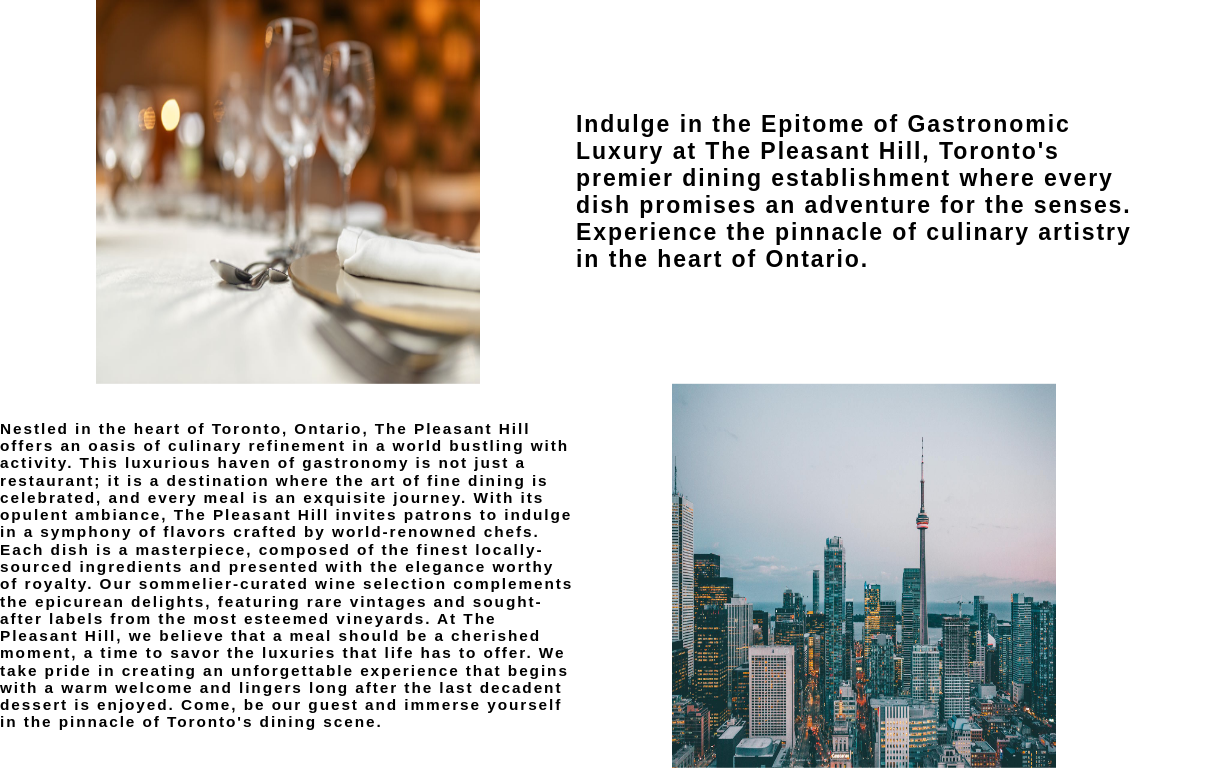
Repository: shayanabedi98/pleasant-hill-restaurant
Page: /
The author's editor kept a copy of each file at every save. The page is drawn from the files as they stood at one save, then again after the next save.
The browser window is 1280 px wide. The pictures show the part of the page from y = 980 to 1990 px (the page is 1780 px tall before and 1990 px after), at 96% of full size.
Backgrounds fixed to the window are drawn as part of the page. Some web fonts or font styles are not loaded; a fallback is used. The project was rebuilt for these pictures with package versions that can differ from the ones it lists, and the page was loaded fresh each time. Also part of the build but not shown: vite.config.js, src/components/Contact.jsx, src/components/MenuList.jsx, src/components/Appetizers.jsx, src/components/Entrees.jsx, src/components/Desserts.jsx, src/components/Drinks.jsx, src/components/Menu.jsx and 1 more.

Above is the page before, as saved 2023-12-27 18:58:46.

### index.html
<!doctype html>
<html lang="en">
  <head>
    <meta charset="UTF-8" />
    <link rel="icon" type="image/svg+xml" href="/vite.svg" />
    <meta name="viewport" content="width=device-width, initial-scale=1.0" />
    <link rel="preconnect" href="https://fonts.googleapis.com">
    <link rel="preconnect" href="https://fonts.gstatic.com" crossorigin>
    <link href="https://fonts.googleapis.com/css2?family=Italiana&display=swap" rel="stylesheet">
    <title></title>
  </head>
  <body>
    <div id="root"></div>
    <script type="module" src="/src/main.jsx"></script>
  </body>
</html>

### src/App.jsx
import { useState } from "react";
import Contact from "./components/Contact";
import Home from "./components/Home";
import Menu from "./components/Menu";
import Navbar from "./components/Navbar";
import "./App.css";

function App() {
  const [activeDiv, setActiveDiv] = useState({
    home: true,
    menu: false,
    contact: false,
  });

  const renderDiv = (clickedItem) => {
    setActiveDiv({
      home: clickedItem === 'home',
      menu: clickedItem === 'menu',
      contact: clickedItem === 'contact'
    })
  }

  return (
    <>
      <Navbar onClick={renderDiv} />
      {activeDiv.home && <Home />}
      {activeDiv.menu && <Menu />}
      {activeDiv.contact && <Contact />}
    </>
  );
}

export default App;

### src/components/Home.jsx
import React from 'react'
import aboutImg from '../assets/about.jpg'
import toronto from '../assets/toronto.jpg'
import '../assets/banner.jpg'

const Home = () => {
  return (
    <div className='home'>
      <div className='banner-content'>
        <h1>Dine in luxury at The Pleasant Hill</h1>
        <div className='banner-buttons'>
          <button>View Menu</button>
          <button>Book Reservation</button>
        </div>
      </div>
      <div className="about">
        <div className='about1'>
          <img src={aboutImg} alt="zoomed in picture of a dining table with utensils" />
          <h2>Indulge in the Epitome of Gastronomic Luxury at The Pleasant Hill, Toronto's premier dining establishment where every dish promises an adventure for the senses. Experience the pinnacle of culinary artistry in the heart of Ontario.</h2>
        </div>

        <div className="about2">
          <p>Nestled in the heart of Toronto, Ontario, The Pleasant Hill offers an oasis of culinary refinement in a world bustling with activity. This luxurious haven of gastronomy is not just a restaurant; it is a destination where the art of fine dining is celebrated, and every meal is an exquisite journey. With its opulent ambiance, The Pleasant Hill invites patrons to indulge in a symphony of flavors crafted by world-renowned chefs. Each dish is a masterpiece, composed of the finest locally-sourced ingredients and presented with the elegance worthy of royalty. Our sommelier-curated wine selection complements the epicurean delights, featuring rare vintages and sought-after labels from the most esteemed vineyards. At The Pleasant Hill, we believe that a meal should be a cherished moment, a time to savor the luxuries that life has to offer. We take pride in creating an unforgettable experience that begins with a warm welcome and lingers long after the last decadent dessert is enjoyed. Come, be our guest and immerse yourself in the pinnacle of Toronto's dining scene.</p>
          <img src={toronto} alt="Toronto skyline" />
        </div>
      </div>
    </div>
  )
}

export default Home

### src/components/Navbar.jsx
import React from "react";
import logo from "../assets/logo2.png";

const Navbar = ({ onClick }) => {
  return (
    <div className="navbar">
      <img src={logo} alt="" />
      <ul>
        <li onClick={() => onClick("home")}>Home</li>
        <li onClick={() => onClick("menu")}>Menu</li>
        <li onClick={() => onClick("contact")}>Contact</li>
      </ul>
    </div>
  );
};

export default Navbar;

### src/App.css


* {
  font-family: 'Italiana', sans-serif;
  font-weight: 600;
  letter-spacing: 2px;
}

body {
  padding: 0px;
  margin: 0px;
}

.contact, .menu {
  margin-top: 180px;
}

.navbar {
  background-color: black;
  display: grid;
  grid-template-columns: 1fr 1fr;
  place-items: center;
  align-content: center;
  height: 120px;
  box-shadow: rgba(0, 0, 0, 0.24) 0px 3px 8px;
  z-index: 2;
  position: fixed;
  width: 100%;
  top: 0;
}

.navbar ul li {
  list-style: none;
  font-size: 24px;
  text-align: center;
  color: rgb(245, 245, 232);
  background-color: black;
}

.navbar ul {
  display: grid;
  width: 70%;
  grid-template-columns: 1fr 1fr 1fr;
  padding: 0px;
  margin: 0px;

}

.navbar ul li:hover {
  cursor: pointer;
  background-color: #aa9c66;
}

.banner-content {
  background: url('./assets/banner.jpg');
  background-attachment: fixed;
  height: 980px;
  display: grid;
  place-items: center;
}

.banner-content h1 {
  position: relative;
  top: 200px;
  font-size: 70px;
  color: #ffffff;
}

.banner-buttons {
  position: relative;
  top: -150px;
  display: grid;
  grid-template-columns: 1fr 1fr;
  gap: 50px;
}

.banner-buttons button {
  width: 170px;
  height: 70px;
  font-size: 20px;
  border: none;
  background-color: #aa9c66;
  color: #ffffff;
  cursor: pointer;
  box-shadow: rgba(50, 50, 93, 0.25) 0px 13px 27px -5px, rgba(0, 0, 0, 0.3) 0px 8px 16px -8px;
}

.about1, .about2 {
  display: grid;
  grid-template-columns: 1fr 1fr;
  place-items: center;
  width: 1200px;
}

.about img {
  height: 400px;
  width: 400px;
}

.card-container {
  display: grid;
  gap: 20px;
  grid-template-columns: repeat(3, 1fr);
  place-items: center;
  color: #aa9c66;
  width: 1200px;
  margin: auto;
}

.menu-imgs {
  width: 300px;
  margin: 30px 30px 30px 30px;
  border-radius: 5%;
}

.menu-desc {
  text-align: center;
  font-weight: 600;
  padding-left: 20px;
  padding-right: 20px
}

.menu-names {
  font-size: 25px;
  text-decoration: underline;
  color: rgb(158, 152, 96);
}

.card {
  width: 370px;
  min-height: 400px;
  cursor: pointer;
  box-shadow: 0 13px 27px -5px hsla(240, 30.1%, 28%, 0.25), 0 8px 16px -8px hsla(0, 0%, 0%, 0.3), 0 -6px 16px -6px hsla(0, 0%, 0%, 0.03);
  transition: all ease 200ms;
  display: grid;
  place-items: center;
  grid-template-rows: 1fr 0.3fr 0.3fr;
  background-color: black;
  border-radius: 1rem;
  overflow: hidden;

}

.card:hover {
  cursor: pointer;
  transform: scale(1.03);
  box-shadow: 0 13px 40px -5px hsla(240, 30.1%, 28%, 0.12), 0 8px 32px -8px hsla(0, 0%, 0%, 0.14), 0 -6px 32px -6px hsla(0, 0%, 0%, 0.02);
}


.menu-desc, .menu-names {
  background-color: black;
}

.menu h2 {
  text-align: center;
  font-size: 35px;
  margin: 60px 0 60px 0;

}

.menu h1 {
  text-align: center;
  font-size: 40px;

}

.menu-top-p {
  text-align: center;
  font-size: 23px;
  width: 1200px;
  margin: 70px auto;
}


.contact h1 {
  text-align: center;
  width: 1200px;
  font-size: 45px;
  margin: 70px auto;
  text-decoration: underline;

}

.contact h2 {
  text-align: center;
  margin: 1px auto;
  width: 1200px;
}

.contact h3 {
  text-align: center;
  margin: 40px auto;
}

.iframe-div {
  margin: 50px auto;
  display: flex;
  justify-content: center;
  align-items: center;
}

Loaded but not shown: src/main.jsx (common file)

After the next save:
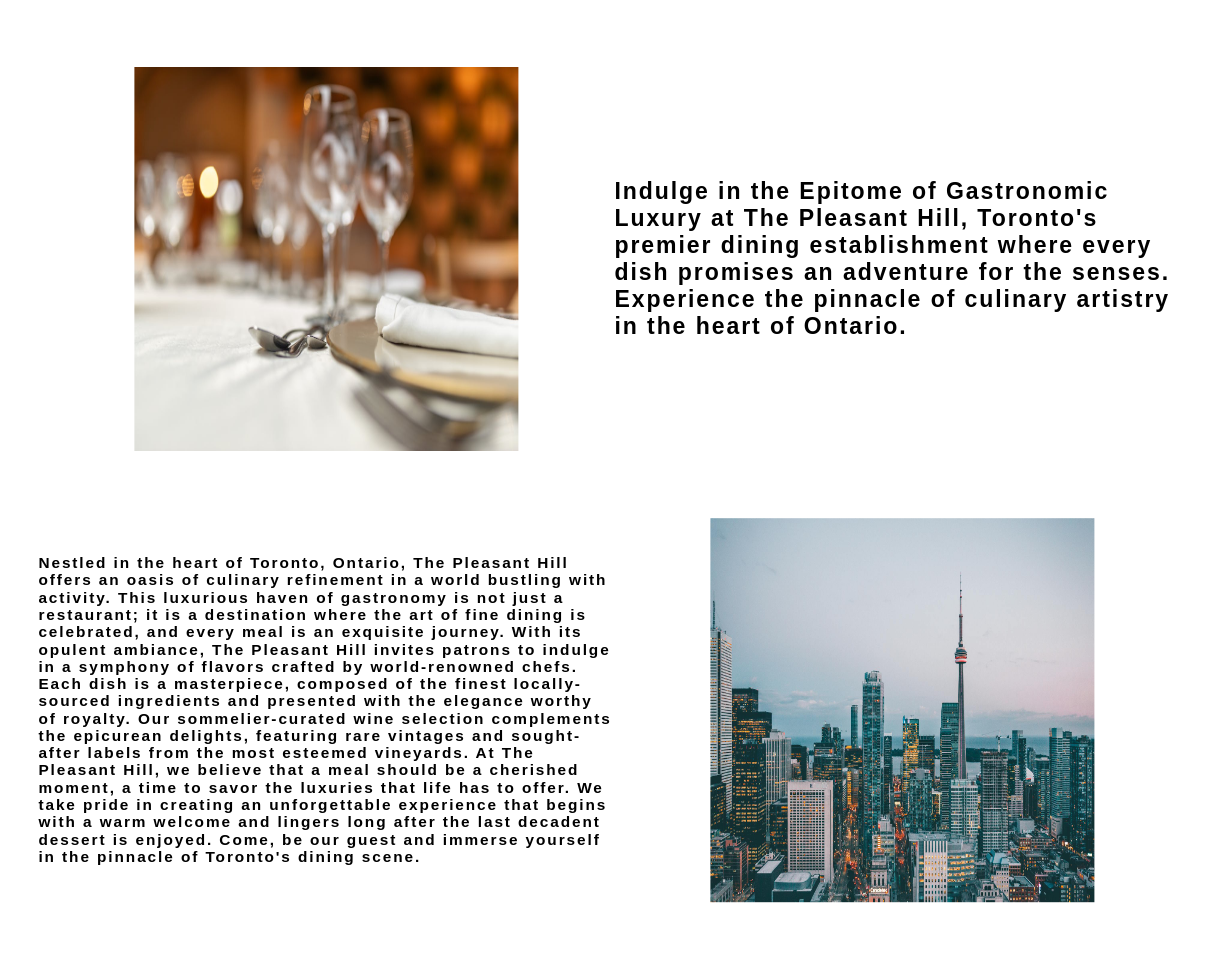
Saved 16 s later.
--- a/src/App.css
+++ b/src/App.css
@@ -90,6 +90,7 @@ body {
   grid-template-columns: 1fr 1fr;
   place-items: center;
   width: 1200px;
+  margin: 70px auto;
 }
 
 .about img {
